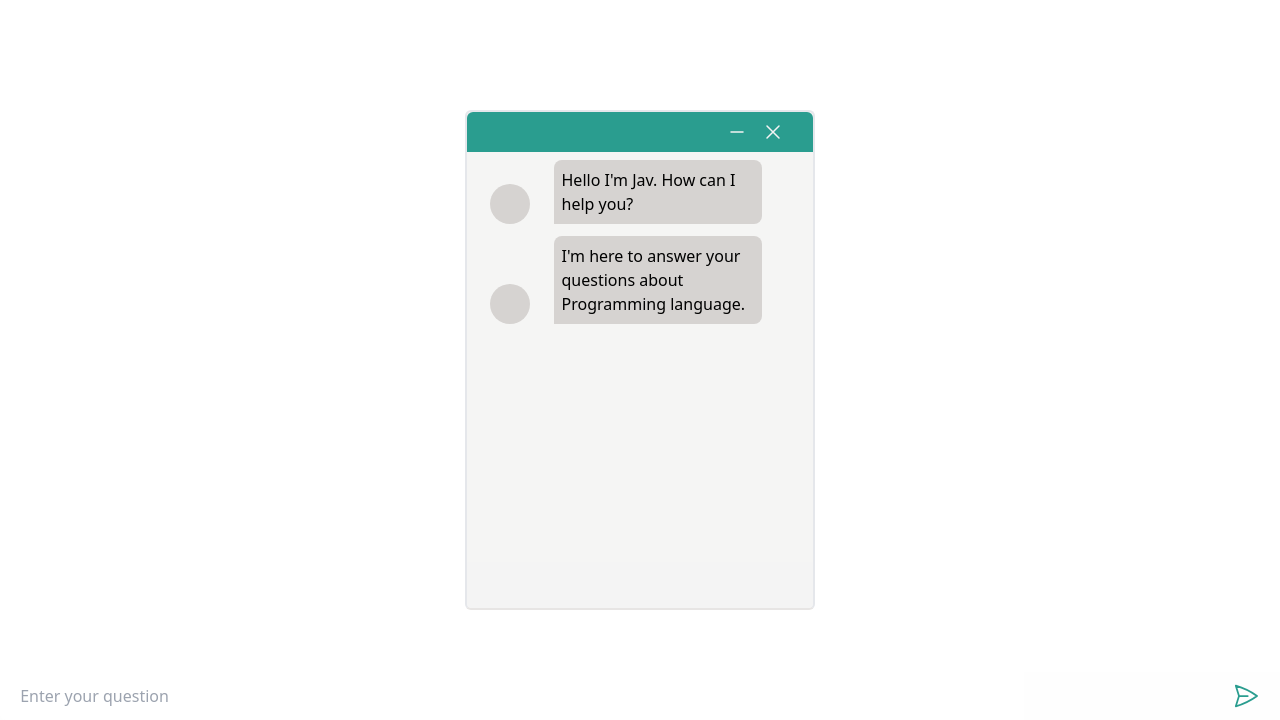
Repository: hsumyatm7308/Chatbot
Page: index.html
These files come from the project's save history. The page is drawn as it stood at one moment and after the next save; the edit follows.
The browser window is 1280 px wide. The pictures show the whole page.
Some web libraries are served in a nearby version.

Above is the page before, as saved 2023-07-09 11:37:24.

### index.html
<!DOCTYPE html>
<html>

<head>
    <title>Chat Bot</title>
    <script src="https://cdn.tailwindcss.com"></script>
</head>

<body class="bg-[#fffff]">

    <div class="w-screen h-screen flex justify-center items-center  container">
        <div class="w-[350px] h-[500px] bg-[#f4f4f4] border-2 border-b-stone-200 rounded-md relative chatbot-container">
            <div
                class="w-full h-10 text-[#f4f4f4] bg-[#2a9d8f] rounded-tl-md rounded-tr-md flex justify-end items-center">
                <svg xmlns="http://www.w3.org/2000/svg" fill="none" viewBox="0 0 24 24" stroke-width="1.5"
                    stroke="currentColor" class="w-6 h-6 mr-3">
                    <path stroke-linecap="round" stroke-linejoin="round" d="M18 12H6" />
                </svg>

                <svg xmlns="http://www.w3.org/2000/svg" fill="none" viewBox="0 0 24 24" stroke-width="1.5"
                    stroke="currentColor" class="w-6 h-6 mr-7">
                    <path stroke-linecap="round" stroke-linejoin="round" d="M6 18L18 6M6 6l12 12" />
                </svg>

            </div>

            <div class="w-full h-[410px] bg-stone-100 overflow-y-scroll">
                 <div class="w-full grid grid-cols-4 flex profile-side mt-2 mb-3">
                       <div class= "w-full h-auto flex justify-center items-end">
                            <div class="w-10 h-10 rounded-full bg-stone-300">

                            </div>
                       </div>
                       <div class=" col-span-3">
                            <div class="w-full h-auto ">
                                    <div class="w-52 h-full bg-stone-300 rounded-lg rounded-bl-none p-2">
                                        <span>Hello I'm Jav. How can I help you?</span>
                                    </div>
                            </div>
                       </div>
                 </div>


                 <div class="w-full grid grid-cols-4 flex profile-side mt-2 mb-3">
                    <div class= "w-full h-auto flex justify-center items-end">
                         <div class="w-10 h-10 rounded-full bg-stone-300">

                         </div>
                    </div>
                    <div class=" col-span-3">
                         <div class="w-full h-auto ">
                                 <div class="w-52 h-full bg-stone-300 rounded-lg rounded-bl-none p-2">
                                     <span>I'm here to answer your questions about Programming language.</span>
                                 </div>
                         </div>
                    </div>
              </div>
              </div>
            </div>

            <div class="w-full h-12 bg-red-100 absolute bottom-0 z-10">
                <form action="" class="w-full h-12 bg-[#fefefe] flex justify-between items-center">
                    <input type="text" class="w-[80%] h-full  rounded-bl-md p-4" placeholder=" Enter your question">

                    <button type="submit" class="mr-5">
                        <svg xmlns="http://www.w3.org/2000/svg" fill="none" viewBox="0 0 24 24" stroke-width="1.5"
                            stroke="currentColor" class="w-7 h-7 text-[#2a9d8f]">
                            <path stroke-linecap="round" stroke-linejoin="round"
                                d="M6 12L3.269 3.126A59.768 59.768 0 0121.485 12 59.77 59.77 0 013.27 20.876L5.999 12zm0 0h7.5" />
                        </svg>

                    </button>
                </form>
            </div>
        </div>
    </div>

</body>

</html>

After the next save:
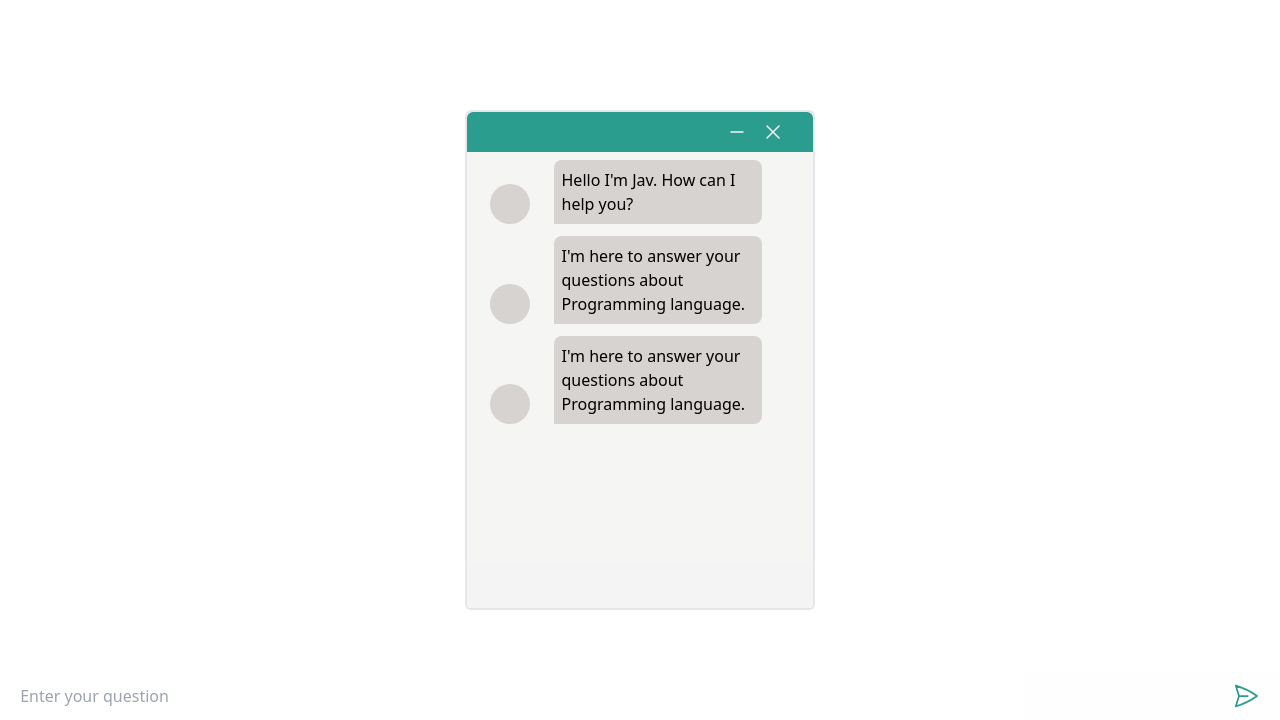
Saved 61 s later.
--- a/index.html
+++ b/index.html
@@ -25,54 +25,73 @@
             </div>
 
             <div class="w-full h-[410px] bg-stone-100 overflow-y-scroll">
-                 <div class="w-full grid grid-cols-4 flex profile-side mt-2 mb-3">
-                       <div class= "w-full h-auto flex justify-center items-end">
-                            <div class="w-10 h-10 rounded-full bg-stone-300">
+                <div class="w-full grid grid-cols-4 flex profile-side mt-2 mb-3">
+                    <div class="w-full h-auto flex justify-center items-end">
+                        <div class="w-10 h-10 rounded-full bg-stone-300">
 
+                        </div>
+                    </div>
+                    <div class=" col-span-3">
+                        <div class="w-full h-auto ">
+                            <div class="w-52 h-full bg-stone-300 rounded-lg rounded-bl-none p-2">
+                                <span>Hello I'm Jav. How can I help you?</span>
                             </div>
-                       </div>
-                       <div class=" col-span-3">
-                            <div class="w-full h-auto ">
-                                    <div class="w-52 h-full bg-stone-300 rounded-lg rounded-bl-none p-2">
-                                        <span>Hello I'm Jav. How can I help you?</span>
-                                    </div>
-                            </div>
-                       </div>
-                 </div>
+                        </div>
+                    </div>
+                </div>
 
 
-                 <div class="w-full grid grid-cols-4 flex profile-side mt-2 mb-3">
-                    <div class= "w-full h-auto flex justify-center items-end">
-                         <div class="w-10 h-10 rounded-full bg-stone-300">
+                <div class="w-full grid grid-cols-4 flex profile-side mt-2 mb-3">
+                    <div class="w-full h-auto flex justify-center items-end">
+                        <div class="w-10 h-10 rounded-full bg-stone-300">
 
-                         </div>
+                        </div>
                     </div>
                     <div class=" col-span-3">
-                         <div class="w-full h-auto ">
-                                 <div class="w-52 h-full bg-stone-300 rounded-lg rounded-bl-none p-2">
-                                     <span>I'm here to answer your questions about Programming language.</span>
-                                 </div>
-                         </div>
+                        <div class="w-full h-auto ">
+                            <div class="w-52 h-full bg-stone-300 rounded-lg rounded-bl-none p-2">
+                                <span>I'm here to answer your questions about Programming language.</span>
+                            </div>
+                        </div>
                     </div>
-              </div>
-              </div>
-            </div>
+                </div>
 
-            <div class="w-full h-12 bg-red-100 absolute bottom-0 z-10">
-                <form action="" class="w-full h-12 bg-[#fefefe] flex justify-between items-center">
-                    <input type="text" class="w-[80%] h-full  rounded-bl-md p-4" placeholder=" Enter your question">
 
-                    <button type="submit" class="mr-5">
-                        <svg xmlns="http://www.w3.org/2000/svg" fill="none" viewBox="0 0 24 24" stroke-width="1.5"
-                            stroke="currentColor" class="w-7 h-7 text-[#2a9d8f]">
-                            <path stroke-linecap="round" stroke-linejoin="round"
-                                d="M6 12L3.269 3.126A59.768 59.768 0 0121.485 12 59.77 59.77 0 013.27 20.876L5.999 12zm0 0h7.5" />
-                        </svg>
 
-                    </button>
-                </form>
+                <div class="w-full grid grid-cols-4 flex profile-side mt-2 mb-3">
+                    <div class="w-full h-auto flex justify-center items-end">
+                        <div class="w-10 h-10 rounded-full bg-stone-300">
+
+                        </div>
+                    </div>
+                    <div class=" col-span-3">
+                        <div class="w-full h-auto ">
+                            <div class="w-52 h-full bg-stone-300 rounded-lg rounded-bl-none p-2">
+                                <span>I'm here to answer your questions about Programming language.</span>
+                            </div>
+                        </div>
+                    </div>
+                </div>
+
+
             </div>
         </div>
+
+        <div class="w-full h-12 bg-red-100 absolute bottom-0 z-10">
+            <form action="" class="w-full h-12 bg-[#fefefe] flex justify-between items-center">
+                <input type="text" class="w-[80%] h-full  rounded-bl-md p-4" placeholder=" Enter your question">
+
+                <button type="submit" class="mr-5">
+                    <svg xmlns="http://www.w3.org/2000/svg" fill="none" viewBox="0 0 24 24" stroke-width="1.5"
+                        stroke="currentColor" class="w-7 h-7 text-[#2a9d8f]">
+                        <path stroke-linecap="round" stroke-linejoin="round"
+                            d="M6 12L3.269 3.126A59.768 59.768 0 0121.485 12 59.77 59.77 0 013.27 20.876L5.999 12zm0 0h7.5" />
+                    </svg>
+
+                </button>
+            </form>
+        </div>
+    </div>
     </div>
 
 </body>
